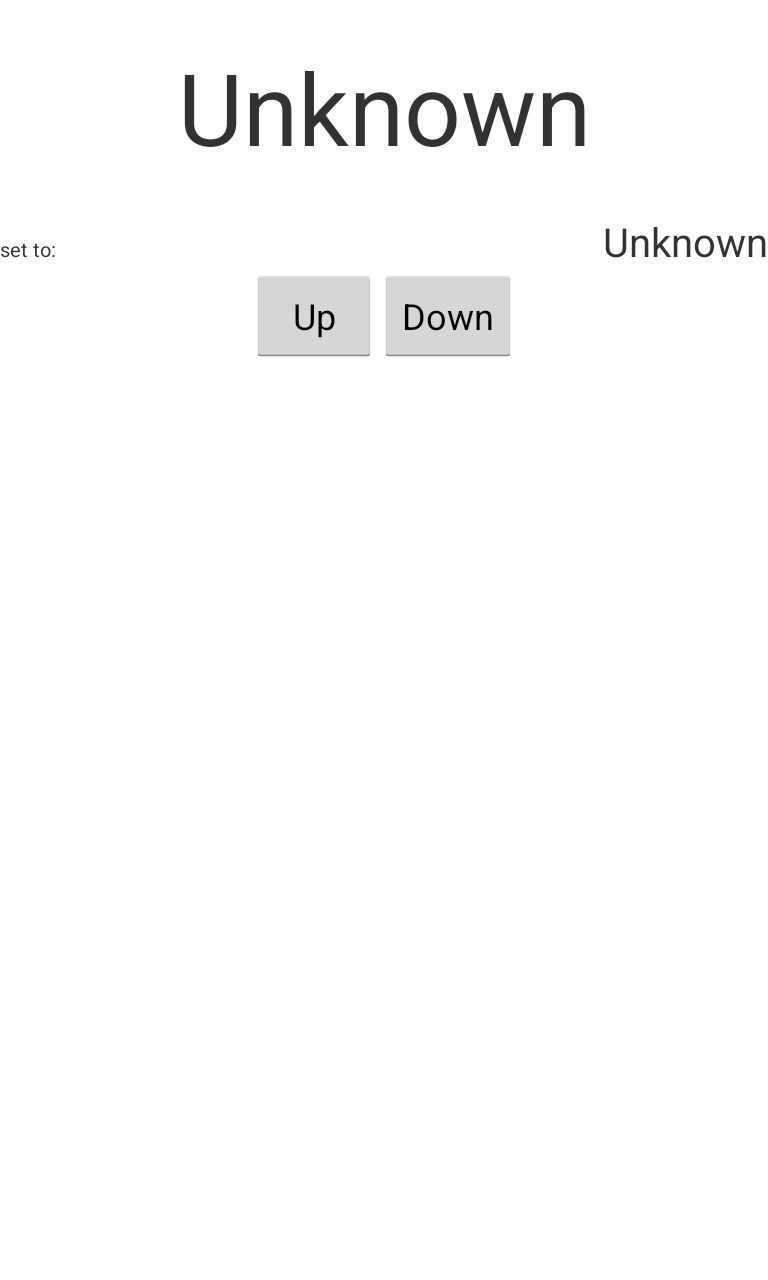
Repository: finerrecliner/SmartVent
Layout: SmartVent/res/layout/activity_room.xml
An editor plug-in stored every save of this project. The layout is shown before and after a run of saves, followed by the edit.
It is drawn on a 768 x 1280 px phone screen (xhdpi) without system bars, with theme AppTheme; the app's code is not run.

Above is the layout before, as saved 2013-11-03 16:33:41.

### SmartVent/res/layout/activity_room.xml
<LinearLayout xmlns:android="http://schemas.android.com/apk/res/android"
    xmlns:tools="http://schemas.android.com/tools"
    android:layout_width="match_parent"
    android:layout_height="match_parent"
    android:gravity="fill_vertical"
    android:orientation="vertical"
    tools:context=".RoomActivity" >

    <LinearLayout
        android:id="@+id/current_temp_row"
        android:layout_width="match_parent"
        android:layout_height="wrap_content" >

        <TextView
            android:id="@+id/current_temp_val"
            android:layout_width="fill_parent"
            android:layout_height="wrap_content"
            android:gravity="center"
            android:textSize="50sp"
            android:paddingTop="20dp"
            android:paddingBottom="20dp"
            android:text="@string/unknown" />

    </LinearLayout>

    <LinearLayout
        android:id="@+id/set_temp_row"
        android:layout_width="match_parent"
        android:layout_height="wrap_content" >

        <TextView
            android:id="@+id/set_temp_label"
            android:layout_width="wrap_content"
            android:layout_height="wrap_content"
            android:text="@string/set_temperature"
            android:textSize="10sp" />

        <TextView
            android:id="@+id/set_temp_val"
            android:layout_width="fill_parent"
            android:layout_height="wrap_content"
            android:gravity="right"
            android:text="@string/unknown"
            android:textSize="20sp" />
    </LinearLayout>

    <LinearLayout
        android:id="@+id/set_temp_buttons"
        android:layout_width="match_parent"
        android:layout_height="wrap_content"
        android:gravity="center" >

        <Button
            android:id="@+id/set_temp_up"
            android:layout_width="wrap_content"
            android:layout_height="wrap_content"
            android:text="@string/up" />

        <Button
            android:id="@+id/set_temp_down"
            android:layout_width="wrap_content"
            android:layout_height="wrap_content"
            android:text="@string/down" />
    </LinearLayout>

</LinearLayout>

### SmartVent/res/values/strings.xml
<?xml version="1.0" encoding="utf-8"?>
<resources>

    <string name="app_name">SmartVent</string>
    <string name="menu_settings">Settings</string>
    <string name="current_temp">Current Temp:</string>
    <string name="room_label">Room:</string>
    <string name="set_temperature">set to:</string>
    <string name="unknown">Unknown</string>
    <string name="up">Up</string>
    <string name="down">Down</string>
    <string name="room">room</string>
    <string name="home_blueprint">home blueprint</string>

</resources>

Loaded but not shown: SmartVent/res/values/styles.xml (common file); SmartVent/res/values-v11/styles.xml (common file); SmartVent/res/values-v14/styles.xml (common file)

After the next 2 saves:
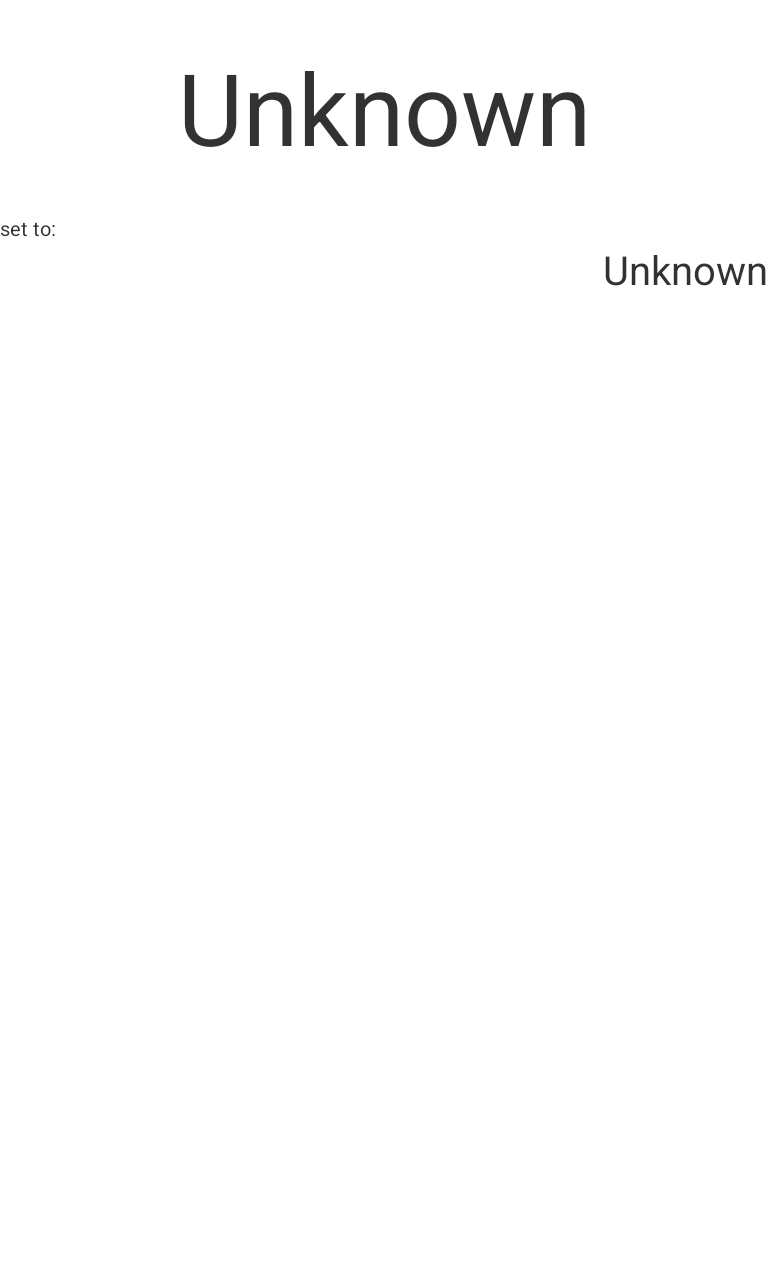
The 2 saves are shown as one change because they came seconds apart.
The last was saved 31 s later.
--- a/SmartVent/res/layout/activity_room.xml
+++ b/SmartVent/res/layout/activity_room.xml
@@ -22,11 +22,6 @@
             android:text="@string/unknown" />
 
     </LinearLayout>
-
-    <LinearLayout
-        android:id="@+id/set_temp_row"
-        android:layout_width="match_parent"
-        android:layout_height="wrap_content" >
 
         <TextView
             android:id="@+id/set_temp_label"
